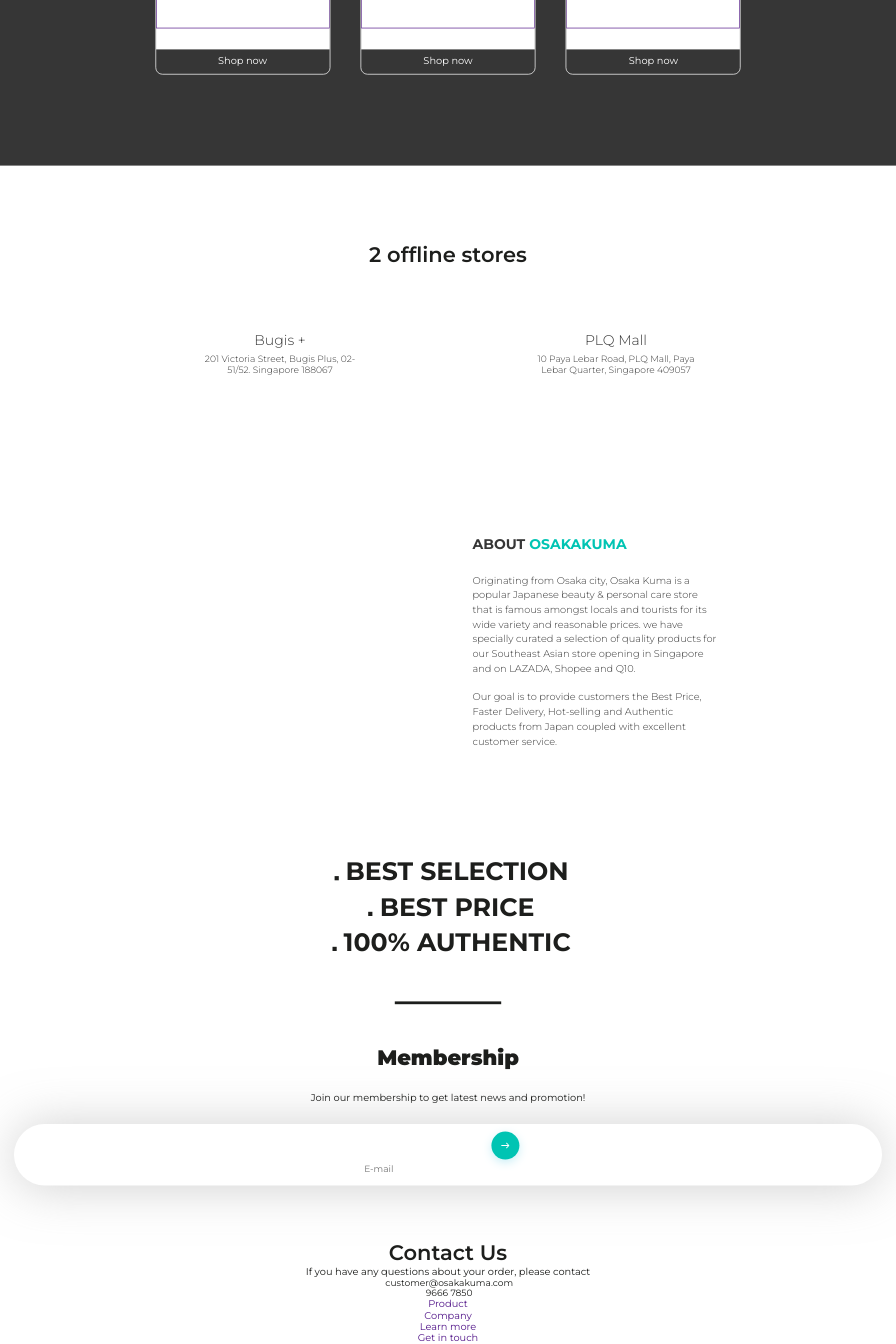
Repository: wendylw/osakakuma-landing
Page: index.html
An editor plug-in stored every save of this project. The page is shown before and after a run of saves, followed by the edit.
The browser window is 1280 px wide. The pictures show the part of the page from y = 1291 to 3211 px (the page is 3211 px tall), at 70% of full size.
The style sheet was rebuilt from its Sass, Less or Tailwind sources for each picture, by a compiler version that may differ from the author's.

Above is the page before, as saved 2021-03-04 04:04:25.

### index.html
<!doctype html>
<html class="no-js" lang="">

<head>
  <meta charset="utf-8">
  <meta http-equiv="x-ua-compatible" content="ie=edge">
  <title></title>
  <meta name="description" content="">
  <meta name="viewport" content="width=device-width, initial-scale=1, shrink-to-fit=no">
  <link rel="manifest" href="site.webmanifest">
  <link rel="apple-touch-icon" href="icon.png">
  <!-- Place favicon.ico in the root directory -->

  <link rel="preconnect" href="https://fonts.gstatic.com">
  <link href="https://fonts.googleapis.com/css2?family=Montserrat:wght@300;400;600;700;900&display=swap" rel="stylesheet">

  <link rel="stylesheet" href="css/normalize.css">
  <link rel="stylesheet" href="css/video-js.min.css">
  <link rel="stylesheet" href="css/main.css">
</head>

<body>
  <!--[if lte IE 9]>
    <p class="browserupgrade">You are using an <strong>outdated</strong> browser. Please <a href="https://browsehappy.com/">upgrade your browser</a> to improve your experience and security.</p>
  <![endif]-->

  <!-- Add your site or application content here -->
  <main class="main">
    <header class="header text-center">
      <div class="container">
        <img class="header__logo" src="" alt="logo">
        <div class="header__title-container">
          <h1 class="header__title">JAPANESE BEAUTY & LIFESTYLE CURATOR</h1>
          <ul class="header__products">
            <li class="header__products-item">
              <span>Skincare</span>
            </li>
            <li class="header__products-item">
              <span>Makeup</span>
            </li>
            <li class="header__products-item">
              <span>Daily necessities</span>
            </li>
          </ul>
        </div>
        <a class="header__follow-us" href="">Follow Us</a>
        <ul class="header__social-container">
          <li class="header__social-group">
            <ul class="header__social-list">
              <li class="header__social-item">
                <a class="header__social-link" href="">
                  <img src="./img/social-facebook-black.svg" alt="">
                </a>
              </li>
              <li class="header__social-item">
                <a class="header__social-link" href="">
                  <img src="./img/social-instagram-black.svg" alt="">
                </a>
              </li>
              <li class="header__social-item">
                <a class="header__social-link" href="">
                  <img src="./img/social-tick-black.svg" alt="">
                </a>
              </li>
              <li class="header__social-item">
                <a class="header__social-link" href="">
                  <img src="./img/social-xiaohongshu-black.svg" alt="">
                </a>
              </li>
            </ul>
            <hr class="header__social-divider-first"/>
            <div class="text-left header__social-label">
              <span>@osakakuma</span>
            </div>
          </li>
          <li class="header__social-group">
            <ul class="header__social-list">
              <li class="header__social-item">
                <a class="header__social-link" href="">
                  <img src="./img/social-wechat-black.svg" alt="">
                </a>
              </li>
            </ul>
            <hr class="header__social-divider-second"/>
            <span>大阪熊SG</span>
          </li>
        </ul>
      </div>
    </header>
    <!-- online stores -->
    <section class="online-store">
      <div class="container text-center">
        <ul class="online-store__advantages">
          <li class="online-store__advantages-item">
            <span>BEST SELECTION</span>
          </li>
          <li class="online-store__advantages-item">
            <span>BEST PRICE</span>
          </li>
          <li class="online-store__advantages-item">
            <span>100% AUTHENTIC</span>
          </li>
        </ul>
        <h2 class="online-store__title">3 online stores</h2>
        <ul class="online-store__list">
          <li class="online-store__item">
            <a href="" class="online-store__item-content">
              <img class="online-store__logo" src="" alt="">
              <label class="online-store__label">Shop now</label>
            </a>
          </li>
          <li class="online-store__item">
            <a href="" class="online-store__item-content">
              <img class="online-store__logo" src="" alt="">
              <label class="online-store__label">Shop now</label>
            </a>
          </li>
          <li class="online-store__item">
            <a href="" class="online-store__item-content">
              <img class="online-store__logo" src="" alt="">
              <label class="online-store__label">Shop now</label>
            </a>
          </li>
        </ul>
      </div>
    </section>
    <!-- end of online stores -->
    <!-- offline stores -->
    <section class="offline-stores">
      <div class="container text-center">
        <h2 class="offline-stores__title">2 offline stores</h2>
        <ul class="offline-stores__list row">
          <li class="offline-stores__column col-6">
            <img src="" alt="">
            <div>
              <h4 class="offline-stores__item-title">Bugis +</h4>
              <address class="offline-stores__address">201 Victoria Street, Bugis Plus, 02-51/52. Singapore 188067</address>
            </div>
          </li>
          <li class="offline-stores__column col-6">
            <img src="" alt="">
            <div>
              <h4 class="offline-stores__item-title">PLQ Mall</h4>
              <address class="offline-stores__address">10 Paya Lebar Road, PLQ Mall, Paya Lebar Quarter, Singapore 409057</address>
            </div>
          </li>
        </ul>
      </div>
    </section>
    <!-- end of offline stores -->
    <!-- about us -->
    <section class="about-us">
      <div class="container">
        <div class="row">
          <div class="col-6">
            <img src="" alt="">
          </div>
          <div class="about-us__colmn-content col-6">
            <h3 class="about-us__title">ABOUT <span>OSAKAKUMA</span></h3>
            <p class="about-us__paragraph">Originating from Osaka city, Osaka Kuma is a popular Japanese beauty & personal care store that is famous amongst locals and tourists for its wide variety and reasonable prices. we have specially curated a selection of quality products for our Southeast Asian store opening in Singapore and on LAZADA, Shopee and Q10. </p>
            <p class="about-us__paragraph">Our goal is to provide customers the Best Price, Faster Delivery, Hot-selling and Authentic products from Japan coupled with excellent customer service.</p>
          </div>
        </div>
      </div>
    </section>
    <!-- end of about us -->

    <!-- membership -->
    <section class="membership">
      <div class="container text-center">
        <ul class="membership__advantages">
          <li class="membership__advantages-item">
            <span>BEST SELECTION</span>
          </li>
          <li class="membership__advantages-item">
            <span>BEST PRICE</span>
          </li>
          <li class="membership__advantages-item">
            <span>100% AUTHENTIC</span>
          </li>
        </ul>
        <hr class="membership__divider" />
        <h2 class="membership__title">Membership</h2>
        <p class="membership__description">Join our membership to get latest news and promotion!</p>
        <form class="membership__form">
          <input class="membership__input text-left" type="email" placeholder="E-mail" name="" id="">
          <button>
            <img src="./img/icon-contact-us.svg" alt="">
          </button>
        </form>
      </div>
    </section>
    <!-- end of membership -->

    <section class="container text-center">
      <ul>
        <li>
          <a href="">
            <img src="" alt="">
          </a>
        </li>
        <li>
          <a href="">
            <img src="" alt="">
          </a>
        </li>
        <li>
          <a href="">
            <img src="" alt="">
          </a>
        </li>
        <li>
          <a href="">
            <img src="" alt="">
          </a>
        </li>
        <li>
          <a href="">
            <img src="" alt="">
          </a>
        </li>
      </ul>
      <h2>Contact Us</h2>
      <p>If you have any questions about your order, please contact </p>
      <ul>
        <li>
          <img src="" alt="">
          <span>customer@osakakuma.com</span>
        </li>
        <li>
          <img src="" alt="">
          <span>9666 7850</span>
        </li>
      </ul>
    </section>

    <footer class="footer">
      <div class="footer__image"></div>
      <div class="footer__content text-center">
        <ul>
          <li>
            <a href="">Product</a>
          </li>
          <li>
            <a href="">Company</a>
          </li>
          <li>
            <a href="">Learn more</a>
          </li>
          <li>
            <a href="">Get in touch</a>
          </li>
        </ul>
      </div>
    </footer>
  </main>

  <script src="js/vendor/modernizr-3.6.0.min.js"></script>
  <script src="https://cdn.staticfile.org/jquery/3.3.1/jquery.min.js" integrity="sha256-FgpCb/KJQlLNfOu91ta32o/NMZxltwRo8QtmkMRdAu8=" crossorigin="anonymous"></script>
  <script>window.jQuery || document.write('<script src="js/vendor/jquery-3.3.1.min.js"><\/script>')</script>
  <script src="js/vendor/video.min.js"></script>
  <script src="js/plugins.js"></script>
  <script src="js/main.js"></script>
  <script src="js/homepage.js"></script>

  <!-- Google Analytics: change UA-XXXXX-Y to be your site's ID. -->
  <!-- <script>
    window.ga = function () { ga.q.push(arguments) }; ga.q = []; ga.l = +new Date;
    ga('create', 'UA-XXXXX-Y', 'auto'); ga('send', 'pageview')
  </script>
  <script src="https://www.google-analytics.com/analytics.js" async defer></script> -->
</body>

</html>

### js/plugins.js
// Avoid `console` errors in browsers that lack a console.
(function() {
  var method;
  var noop = function () {};
  var methods = [
    'assert', 'clear', 'count', 'debug', 'dir', 'dirxml', 'error',
    'exception', 'group', 'groupCollapsed', 'groupEnd', 'info', 'log',
    'markTimeline', 'profile', 'profileEnd', 'table', 'time', 'timeEnd',
    'timeline', 'timelineEnd', 'timeStamp', 'trace', 'warn'
  ];
  var length = methods.length;
  var console = (window.console = window.console || {});

  while (length--) {
    method = methods[length];

    // Only stub undefined methods.
    if (!console[method]) {
      console[method] = noop;
    }
  }
}());

// Place any jQuery/helper plugins in here.

### img/icon-contact-us.svg
<?xml version="1.0" encoding="UTF-8"?>
<svg width="68px" height="67px" viewBox="0 0 68 67" version="1.1" xmlns="http://www.w3.org/2000/svg" xmlns:xlink="http://www.w3.org/1999/xlink">
    <!-- Generator: Sketch 52.5 (67469) - http://www.bohemiancoding.com/sketch -->
    <title>arrow</title>
    <desc>Created with Sketch.</desc>
    <defs>
        <circle id="path-1" cx="20" cy="20.9247177" r="20"></circle>
        <filter x="-57.5%" y="-47.5%" width="215.0%" height="215.0%" filterUnits="objectBoundingBox" id="filter-2">
            <feOffset dx="0" dy="4" in="SourceAlpha" result="shadowOffsetOuter1"></feOffset>
            <feGaussianBlur stdDeviation="7" in="shadowOffsetOuter1" result="shadowBlurOuter1"></feGaussianBlur>
            <feColorMatrix values="0 0 0 0 0.298039216   0 0 0 0 0.729411765   0 0 0 0 0.847058824  0 0 0 0.5 0" type="matrix" in="shadowBlurOuter1"></feColorMatrix>
        </filter>
    </defs>
    <g id="Page-1" stroke="none" stroke-width="1" fill="none" fill-rule="evenodd">
        <g id="osakakuma_website" transform="translate(-986.000000, -4561.000000)">
            <g id="Group-10" transform="translate(380.000000, 4561.000000)">
                <g id="arrow" transform="translate(620.000000, 9.000000)">
                    <g id="Oval-2">
                        <use fill="black" fill-opacity="1" filter="url(#filter-2)" xlink:href="#path-1"></use>
                        <use fill="#00C4B3" fill-rule="evenodd" xlink:href="#path-1"></use>
                    </g>
                    <path d="M14.601222,21.4900945 L23.5657841,21.4900945 L21.2195519,23.8363267 C20.9849287,24.0709499 20.9849287,24.4473246 21.2195519,24.6819478 C21.3368635,24.7992594 21.488391,24.8579152 21.6448065,24.8579152 C21.801222,24.8579152 21.9527495,24.7992594 22.0700611,24.6819478 L25.4378819,21.3141271 C25.6725051,21.0795038 25.6725051,20.7031291 25.4378819,20.4685059 L22.0700611,17.1006851 C21.8354379,16.8660619 21.4590631,16.8660619 21.2244399,17.1006851 C20.9898167,17.3353083 20.9898167,17.7116831 21.2244399,17.9463063 L23.5706721,20.2925385 L14.601222,20.2925385 C14.2688391,20.2925385 14,20.5613776 14,20.8937605 C14,21.2261434 14.2688391,21.4900945 14.601222,21.4900945 Z" id="Path" fill="#FFFFFF" fill-rule="nonzero"></path>
                </g>
            </g>
        </g>
    </g>
</svg>

### styles/main.scss
@import './var';

* {
  box-sizing: border-box;
  font-size: $main-font;
}

html {
  font-family: 'Montserrat', "Helvetica Neue", -apple-system, Arial, sans-serif;
  font-size: $basic-font;
  font-weight: 400;
  color: $main-color;
}

body {
  padding: 0;
  margin: 0;
}

h1 {
  font-size: 3.4rem;
  margin: 0;
}

h2 {
  font-size: 3rem;
  font-weight: 600;
  margin: 0;
}

h3 {
  font-size: 2rem;
  font-weight: 700;
  margin: 0;
}

label,
a {
  font-size: 1.4rem;
  text-decoration: none;
  cursor: pointer;
}

h4,
p {
  font-size: 1.4rem;
  margin: 0;
}

img {
  max-width: 100%;
}

button {
  border: 0;
  background-color: transparent;
  height: auto;
  line-height: 100%;
}

input {
  border: 0;
  outline: none;
  box-shadow: none;
  background-color: transparent;
}

.container {
  max-width: 1240px;
  margin: auto;
}

.big-container {
  max-width: 1200px;
  margin: auto;
}

ul {
	list-style: none;
	padding-left: 0;
	margin: 0;
}

.text-center {
  text-align: center;
}

.text-left {
  text-align: left;
}

.text-right {
  text-align: right;
}

.text-middle {
  vertical-align: middle;
}

.text-line-height-base {
  line-height: 1.5em;
}

.row {
  &::after {
    content: "";
    display: block;
    clear: both;
  }
}

.col-3 {
  float: left;
  width: 25%;
}

.col-4 {
  float: left;
  width: 33.33%;
}

.col-5 {
  float: left;
  width: 41.66%;
}

.col-6 {
  float: left;
  width: 50%;
}

.col-7 {
  float: left;
  width: 58.33%;
}

.col-9 {
  float: left;
  width: 75%;
}

.block-mobile {
  display: none !important;
}

@keyframes float {
	0% {
		transform: translatey(0px);
	}
	50% {
		transform: translatey(-20px);
	}
	100% {
		transform: translatey(0px);
	}
}

@-webkit-keyframes float {
	0% {
		transform: translatey(0px);
	}
	50% {
		transform: translatey(-20px);
	}
	100% {
		transform: translatey(0px);
	}
}

@-webkit-keyframes headShake {
  0% {
    -webkit-transform: translateX(0);
    transform: translateX(0);
  }

  13% {
    -webkit-transform: translateX(-12px) rotateY(-9deg);
    transform: translateX(-12px) rotateY(-9deg);
  }

  37% {
    -webkit-transform: translateX(-8px) rotateY(7deg);
    transform: translateX(-8px) rotateY(7deg);
  }

  63% {
    -webkit-transform: translateX(-4px) rotateY(-5deg);
    transform: translateX(-4px) rotateY(-5deg);
  }

  87% {
    -webkit-transform: translateX(6x) rotateY(3deg);
    transform: translateX(6x) rotateY(3deg);
  }

  100% {
    -webkit-transform: translateX(0);
    transform: translateX(0);
  }
}
@keyframes headShake {
  0% {
    -webkit-transform: translateX(0);
    transform: translateX(0);
  }

  13% {
    -webkit-transform: translateX(-12px) rotateY(-9deg);
    transform: translateX(-12px) rotateY(-9deg);
  }

  37% {
    -webkit-transform: translateX(-8px) rotateY(7deg);
    transform: translateX(-8px) rotateY(7deg);
  }

  63% {
    -webkit-transform: translateX(-4px) rotateY(-5deg);
    transform: translateX(-4px) rotateY(-5deg);
  }

  87% {
    -webkit-transform: translateX(6x) rotateY(3deg);
    transform: translateX(6x) rotateY(3deg);
  }

  100% {
    -webkit-transform: translateX(0);
    transform: translateX(0);
  }
}

@-webkit-keyframes shakeX {
  from,
  to {
    -webkit-transform: translate3d(0, 0, 0);
    transform: translate3d(0, 0, 0);
  }

  10%,
  30%,
  50%,
  70%,
  90% {
    -webkit-transform: translate3d(-20px, 0, 0);
    transform: translate3d(-20px, 0, 0);
  }

  20%,
  40%,
  60%,
  80% {
    -webkit-transform: translate3d(20px, 0, 0);
    transform: translate3d(20px, 0, 0);
  }
}
@keyframes shakeX {
  from,
  to {
    -webkit-transform: translate3d(0, 0, 0);
    transform: translate3d(0, 0, 0);
  }

  10%,
  30%,
  50%,
  70%,
  90% {
    -webkit-transform: translate3d(-20px, 0, 0);
    transform: translate3d(-20px, 0, 0);
  }

  20%,
  40%,
  60%,
  80% {
    -webkit-transform: translate3d(20px, 0, 0);
    transform: translate3d(20px, 0, 0);
  }
}
.animate__shakeX {
  -webkit-animation-name: shakeX;
  animation-name: shakeX;
}

.animated {
  -webkit-animation-duration: 1s;
  animation-duration: 1s;
  -webkit-animation-fill-mode: both;
  animation-fill-mode: both;
}

.animated.infinite {
  -webkit-animation-iteration-count: infinite;
  animation-iteration-count: infinite;
}

.animated.hinge {
  -webkit-animation-duration: 2s;
  animation-duration: 2s;
}

@-webkit-keyframes fadeIn {
  0% {
    opacity: 0;
  }

  100% {
    opacity: 1;
  }
}

@keyframes fadeIn {
  0% {
    opacity: 0;
  }

  100% {
    opacity: 1;
  }
}

.fadeIn {
  -webkit-animation-name: fadeIn;
  animation-name: fadeIn;
}

@-webkit-keyframes fadeOut {
  0% {
    opacity: 1;
  }

  100% {
    opacity: 0;
  }
}

@-webkit-keyframes flash {
  0%, 50%, 100% {
    opacity: 1;
  }

  25%, 75% {
    opacity: 0.6;
  }
}

@keyframes flash {
  0%, 50%, 100% {
    opacity: 1;
  }

  25%, 75% {
    opacity: 0.6;
  }
}

.flash {
  -webkit-animation-name: flash;
  animation-name: flash;
}

.header {
  padding: 50px 15px;

  &__title-container {
    margin: 100px auto;
  }

  &__title {
    margin: 12px auto;
    line-height: 1.4em;
  }

  &__products {
    margin: 6px auto;
  }

  &__products-item {
    display: inline-block;
  }

  &__products-item ~ &__products-item::before {
    content: '';
    display: inline-block;
    margin: 0 1.2rem;
    width: 1px;
    height: 1.2rem;
    background-color: $main-color;
  }

  &__products-item span {
    font-size: 1.6rem;
    font-weight: 300;
  }

  &__follow-us {
    display: inline-block;
    padding: 1rem 1.8rem;
    border-radius: 20px;
    font-size: 1.4rem;
    color: $white;
    background-color: $light-black;
  }

  &__social-container {
    margin: 60px auto;
  }

  &__social-group {
    display: inline-block;
  }

  &__social-item {
    display: inline-block;
    padding: 0 30px;
  }

  &__social-link {
    display: block;
  }

  &__social-link img {
    height: 3rem;
  }

  &__social-divider-first {
    margin: 20px 30px 12px;
  }

  &__social-divider-second {
    margin: 20px 0 12px;
  }

  &__social-label {
    margin: 0 30px;
  }
}

.footer {
}

@media (max-width: 960px) {
  html {
    font-size: $small-font;
  }

  h1 {
    font-size: $banner-font-m;
  }

  h2 {
    font-size: $bigger-font;
  }

  h3 {
    font-size: $big-font;
  }

  label,
  a {
    font-size: $main-font;
    text-decoration: none;
    cursor: pointer;
  }

  h4,
  p {
    font-size: $small-font;
  }

  .container {
    max-width: 768px;
  }

  .big-container {
    max-width: 900px;
  }
}

@media (max-width: 767px) {
  .block-mobile {
    display: block !important;
  }

  .hidden-mobile {
    display: none !important;
  }

  .header {
  }

  .footer {
  }
}

@import './homepage';

### styles/_var.scss
/* font size variables */
$basic-font: 10px;

$smaller-font: 11px;
$small-font: 12px;
$main-font: 13px;
$big-font: 16px;
$bigger-font: 18px;
$biggest-font: 20px;

$banner-font: 45px;
$banner-font-m: 30px;
$surpport-font: 24px;

/* color variables */
$white: #fff;
$black: #000;
$light-black: #14191D;
$main-color: #1D1E1C;
$theme-color: #00c4b3;
$theme-color-light: #7AC8C4;
$title-color: #5C3418;

$light-gray: #dbdbdb;
$lightter-gray: #606060;
$dark-gray: #363636;
$darker-gray: #171717;
$middle-gray-1: #979797;
$middle-gray-2: #f5f6f7;

/* special colors */
$footer-color: #b5b5b5;

### styles/_homepage.scss
.online-store {
  padding: 90px 10px;
  color: $white;
  background-color: $dark-gray;

  &__advantages {
    margin: 40px auto;
  }

  &__advantages-item span::before {
    content: " ";
    display: inline-block;
    margin: 0 10px;
    width: 0.6rem;
    height: 0.6rem;
    background-color: $white;
  }

  &__advantages-item span {
    line-height: 1.4em;
    font-size: 3.6rem;
    font-weight: 700;
  }

  &__title {
    margin: 100px auto;
  }

  &__list {
    margin: 40px auto;
  }

  &__item {
    display: inline-block;
  }

  &__item-content {
    display: block;
    margin: 0 20px;
    border: 1px solid $white;
    border-radius: 10px;
    width: 250px;
    height: 250px;
  }

  &__logo {
    width: 100%;
    height: 86%;
    background-color: $white;
  }

  &__label {
    display: block;
    padding: 3% 0;
    height: 14%;
    color: $white;
  }
}

.offline-stores {
  padding: 50px 15px;

  &__title {
    margin: 60px auto;
  }

  &__list {
    margin: 60px auto;
    max-width: 960px;
  }

  &__column {
    padding: 10px 30px;
  }

  &__image {
    margin: 20px auto;
  }

  &__item-title {
    line-height: 2em;
    font-size: 2rem;
    font-weight: 300;
    color: $dark-gray;
  }

  &__address {
    margin: 0 auto;
    max-width: 55%;
    color: $dark-gray;
    font-style: unset;
    font-weight: 300;
  }
}

.about-us {
  padding: 50px 0;
  color: $dark-gray;
  font-weight: 300;

  &__colmn-content {
    padding: 30px 15px 40px;
  }

  &__title {
    padding: 0 20px;
    margin: 30px 0;
  }

  &__title span {
    font-size: inherit;
    color: $theme-color;
  }

  &__paragraph{
    padding: 0 20px;
    margin: 20px 0;
    width: 66%;
    line-height: 1.5em;
  }
}

.membership {
  &__advantages {
    margin: 40px auto;
  }

  &__advantages-item span::before {
    content: " ";
    display: inline-block;
    margin: 0 10px;
    width: 0.6rem;
    height: 0.6rem;
    background-color: $main-color;
  }

  &__advantages-item span {
    line-height: 1.4em;
    font-size: 3.6rem;
    font-weight: 700;
  }

  &__divider {
    margin: 60px auto;
    border: 2px solid;
    width: 12%;
  }

  &__title {
    margin: 10px auto;
    font-weight: 900;
  }

  &__description {
    margin: 30px auto;
  }

  &__form {
    background-color: $white;
    box-shadow: 0 2px 70px 0 rgba(161, 161, 161, 0.50);
    border-radius: 100px;
  }

  &__input {
    height: 50px;
  }
}

Loaded but not shown: css/normalize.css (library); css/video-js.min.css (library); js/vendor/modernizr-3.6.0.min.js (library); js/vendor/video.min.js (library); js/main.js (common file); js/homepage.js (common file)

After the next 2 saves:
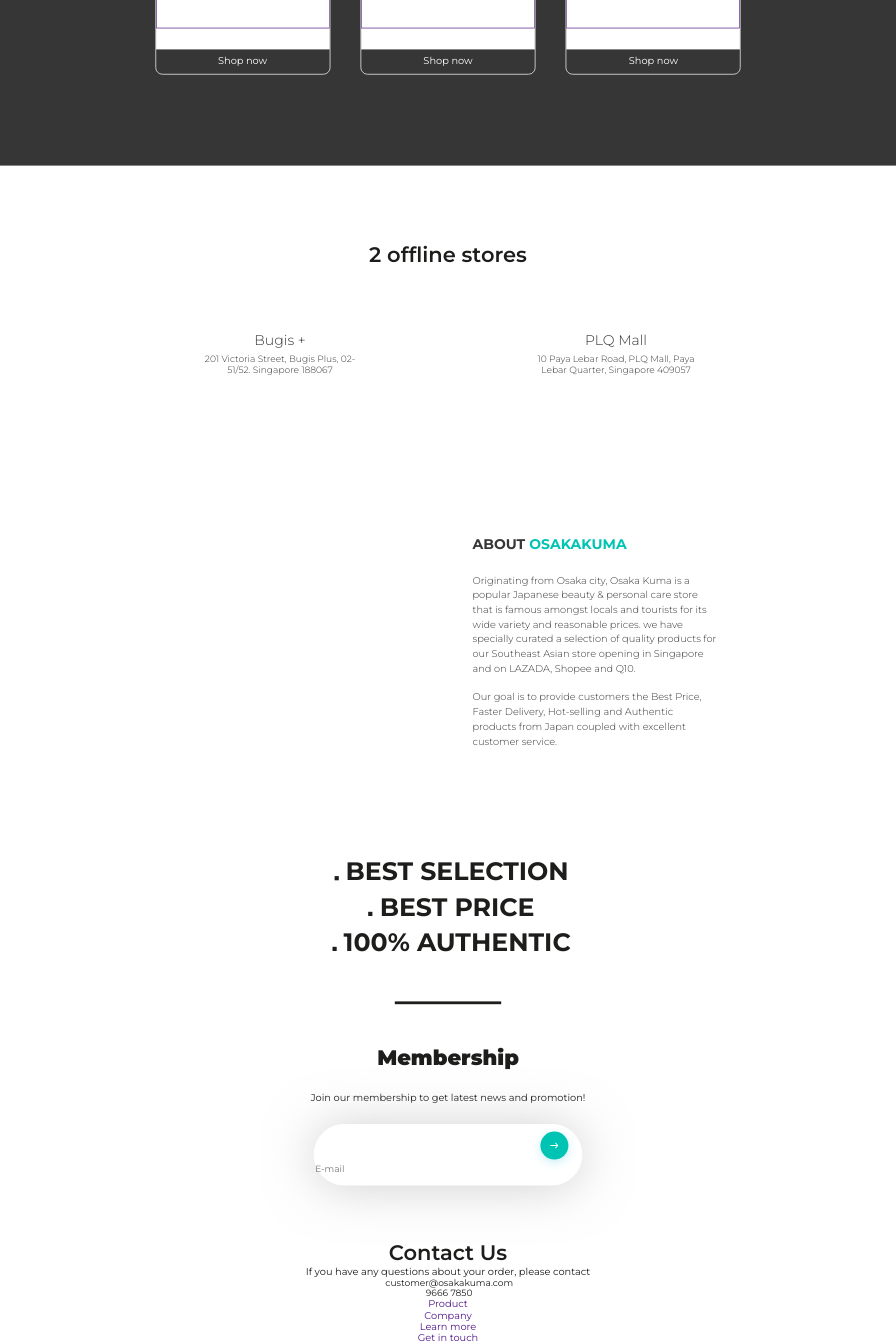
The 2 saves are shown as one change because they came seconds apart.
The last was saved 5 min 1 s later.
--- a/styles/_homepage.scss
+++ b/styles/_homepage.scss
@@ -156,12 +156,15 @@
   }
 
   &__form {
+    display: inline-block;
     background-color: $white;
     box-shadow: 0 2px 70px 0 rgba(161, 161, 161, 0.50);
     border-radius: 100px;
   }
 
   &__input {
+    display: inline-block;
     height: 50px;
+    width: 300px;
   }
 }
